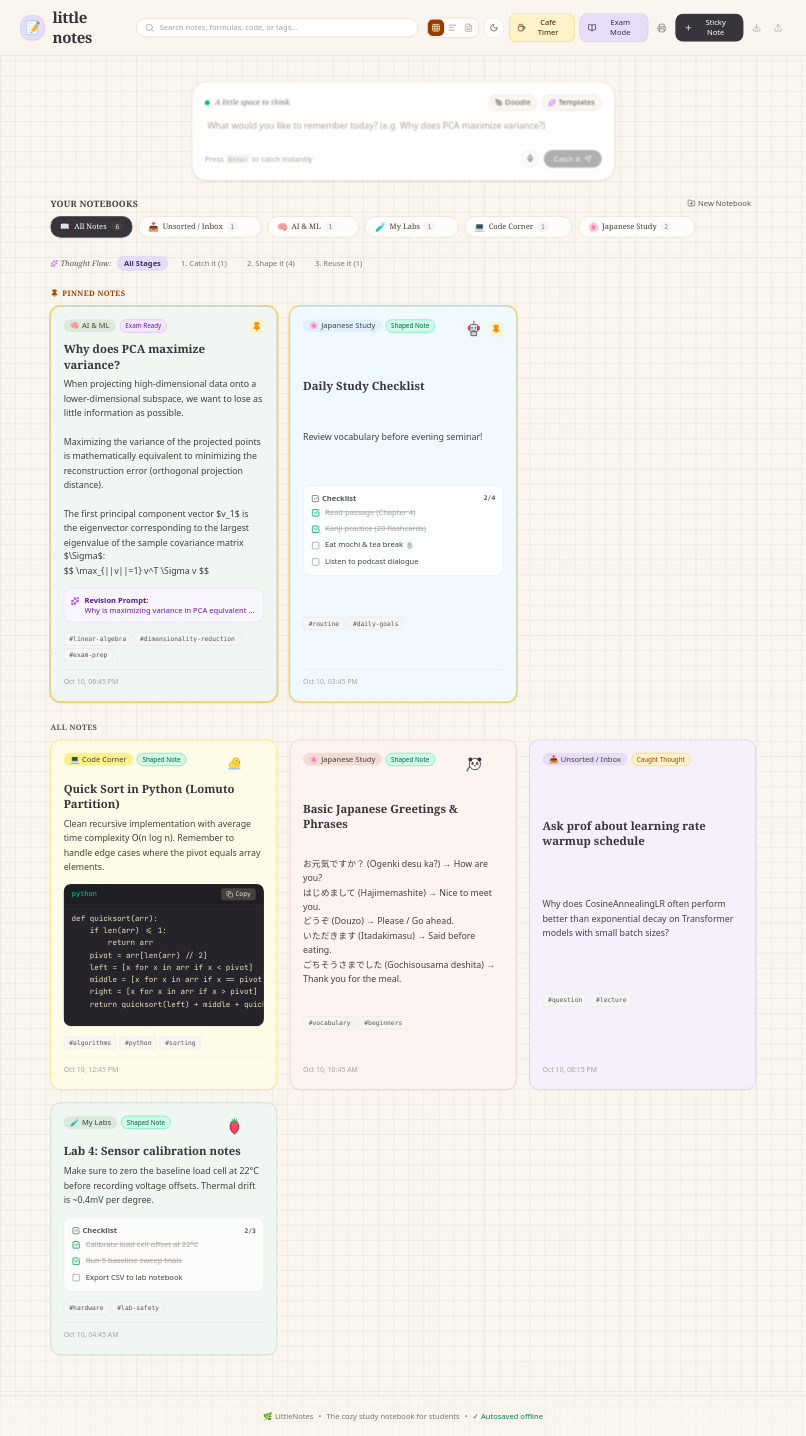
Repository: NourImen-cloud/LittleNotes
Page: /
The author's editor kept a copy of each file at every save. The page is drawn from the files as they stood at one save, then again after a run of saves.
The browser window is 1280 px wide. The pictures show the whole page, at 63% of full size.
Some web fonts or font styles are not loaded; a fallback is used. The project was rebuilt for these pictures with package versions that can differ from the ones it lists, and the page was loaded fresh each time. Also part of the build but not shown: vite.config.ts, src/components/StickyNotePickerModal.tsx, src/components/EditNoteModal.tsx, src/components/RevisionModal.tsx, src/utils/audio.ts, src/components/StudyTimerModal.tsx, src/components/DoodleCanvasModal.tsx.

Above is the page before, as saved 2026-10-11 15:38:00.

### index.html
<!doctype html>
<html lang="en">
  <head>
    <meta charset="UTF-8" />
    <link rel="icon" type="image/svg+xml" href="/favicon.svg" />
    <meta name="viewport" content="width=device-width, initial-scale=1.0" />
    <title>LittleNotes — A Cozy Notebook for Students</title>
    <link rel="preconnect" href="https://fonts.googleapis.com">
    <link rel="preconnect" href="https://fonts.gstatic.com" crossorigin>
    <link href="https://fonts.googleapis.com/css2?family=Inter:wght@300;400;500;600;700&family=JetBrains+Mono:wght@400;500;600&family=Lora:ital,wght@0,400;0,500;0,600;1,400&family=Gaegu:wght@400;700&display=swap" rel="stylesheet">
  </head>
  <body class="bg-[#FAF6EF] text-[#37343C] antialiased selection:bg-[#E7DDF8] selection:text-[#37343C]">
    <div id="root"></div>
    <script type="module" src="/src/main.tsx"></script>
  </body>
</html>

### src/index.css
@import "tailwindcss";

@layer base {
  :root {
    --bg-paper: #FAF6EF;
    --color-ink: #37343C;
    --color-lilac: #E7DDF8;
    --color-sage: #DCE9DD;
    --color-blush: #F3DCD6;
    --color-butter: #FEF3C7;
    --color-sky: #E0F2FE;
  }

  body {
    background-color: var(--bg-paper);
    color: var(--color-ink);
    font-family: 'Inter', system-ui, -apple-system, sans-serif;
    margin: 0;
    min-height: 100vh;
  }

  h1, h2, h3, .font-serif {
    font-family: 'Lora', Georgia, serif;
  }

  code, pre, .font-mono {
    font-family: 'JetBrains Mono', monospace;
  }

  .font-handwriting {
    font-family: 'Gaegu', cursive, sans-serif;
  }
}

/* Cozy Notebook Graph / Grid Paper texture */
.grid-paper-bg {
  background-color: #FAF6EF;
  background-image:
    linear-gradient(to right, rgba(200, 190, 175, 0.22) 1px, transparent 1px),
    linear-gradient(to bottom, rgba(200, 190, 175, 0.22) 1px, transparent 1px);
  background-size: 24px 24px;
}

.grid-paper-dense {
  background-color: #FAF6EF;
  background-image:
    linear-gradient(to right, rgba(200, 190, 175, 0.18) 1px, transparent 1px),
    linear-gradient(to bottom, rgba(200, 190, 175, 0.18) 1px, transparent 1px);
  background-size: 16px 16px;
}

.ruled-paper-bg {
  background-color: #FAF6EF;
  background-image: linear-gradient(to bottom, transparent 27px, rgba(200, 190, 175, 0.25) 28px);
  background-size: 100% 28px;
}

/* Custom soft scrollbar */
::-webkit-scrollbar {
  width: 7px;
  height: 7px;
}
::-webkit-scrollbar-track {
  background: transparent;
}
::-webkit-scrollbar-thumb {
  background: rgba(55, 52, 60, 0.15);
  border-radius: 9999px;
}
::-webkit-scrollbar-thumb:hover {
  background: rgba(55, 52, 60, 0.28);
}

### src/data/initialData.ts
import type { Notebook, Note } from '../types';

export const INITIAL_NOTEBOOKS: Notebook[] = [
  {
    id: 'inbox',
    name: 'Unsorted / Inbox',
    color: '#E7DDF8',
    icon: '📥',
    description: 'Catch quick thoughts here before organizing.',
  },
  {
    id: 'ai-ml',
    name: 'AI & ML',
    color: '#DCE9DD',
    icon: '🧠',
    description: 'Machine Learning theory, linear algebra, and neural nets.',
  },
  {
    id: 'my-labs',
    name: 'My Labs',
    color: '#F3DCD6',
    icon: '🧪',
    description: 'Weekly lab experiments, observations, and benchmarks.',
  },
  {
    id: 'code-corner',
    name: 'Code Corner',
    color: '#FEF3C7',
    icon: '💻',
    description: 'Useful algorithms, snippets, and terminal recipes.',
  },
  {
    id: 'japanese',
    name: 'Japanese Study',
    color: '#E0F2FE',
    icon: '🌸',
    description: 'Grammar notes, kanji drills, and conversational phrases.',
  },
];

export const INITIAL_NOTES: Note[] = [
  {
    id: 'note-1',
    title: 'Why does PCA maximize variance?',
    content: `When projecting high-dimensional data onto a lower-dimensional subspace, we want to lose as little information as possible.

Maximizing the variance of the projected points is mathematically equivalent to minimizing the reconstruction error (orthogonal projection distance).

The first principal component vector $v_1$ is the eigenvector corresponding to the largest eigenvalue of the sample covariance matrix $\\Sigma$:
$$ \\max_{||v||=1} v^T \\Sigma v $$`,
    createdAt: new Date(Date.now() - 3600000 * 4).toISOString(),
    updatedAt: new Date(Date.now() - 3600000 * 2).toISOString(),
    notebookId: 'ai-ml',
    color: 'sage',
    styleType: 'classic',
    stage: 'reuse',
    isPinned: true,
    tags: ['linear-algebra', 'dimensionality-reduction', 'exam-prep'],
    revisionQuestion: 'Why is maximizing variance in PCA equivalent to minimizing projection error?',
    revisionAnswer: 'By the Pythagorean theorem, the total variance of a data point is split into the variance along the projection subspace and the squared distance to it. Since total variance is constant, maximizing variance along the projection directly minimizes projection error.',
  },
  {
    id: 'note-2',
    title: 'Daily Study Checklist',
    content: 'Review vocabulary before evening seminar!',
    createdAt: new Date(Date.now() - 3600000 * 12).toISOString(),
    updatedAt: new Date(Date.now() - 3600000 * 5).toISOString(),
    notebookId: 'japanese',
    color: 'sky',
    styleType: 'checklist',
    kawaiiSticker: 'robot',
    stage: 'shape',
    isPinned: true,
    tags: ['routine', 'daily-goals'],
    checklist: [
      { id: 'c-1', text: 'Read passage (Chapter 4)', done: true },
      { id: 'c-2', text: 'Kanji practice (20 flashcards)', done: true },
      { id: 'c-3', text: 'Eat mochi & tea break 🍵', done: false },
      { id: 'c-4', text: 'Listen to podcast dialogue', done: false },
    ],
  },
  {
    id: 'note-3',
    title: 'Quick Sort in Python (Lomuto Partition)',
    content: 'Clean recursive implementation with average time complexity O(n log n). Remember to handle edge cases where the pivot equals array elements.',
    createdAt: new Date(Date.now() - 3600000 * 24).toISOString(),
    updatedAt: new Date(Date.now() - 3600000 * 8).toISOString(),
    notebookId: 'code-corner',
    color: 'butter',
    styleType: 'code',
    kawaiiSticker: 'duck',
    stage: 'shape',
    isPinned: false,
    tags: ['algorithms', 'python', 'sorting'],
    codeBlock: {
      language: 'python',
      code: `def quicksort(arr):
    if len(arr) <= 1:
        return arr
    pivot = arr[len(arr) // 2]
    left = [x for x in arr if x < pivot]
    middle = [x for x in arr if x == pivot]
    right = [x for x in arr if x > pivot]
    return quicksort(left) + middle + quicksort(right)

# Test run
print(quicksort([3, 6, 8, 10, 1, 2, 1]))`,
    },
  },
  {
    id: 'note-4',
    title: 'Basic Japanese Greetings & Phrases',
    content: `お元気ですか？ (Ogenki desu ka?) → How are you?
はじめまして (Hajimemashite) → Nice to meet you.
どうぞ (Douzo) → Please / Go ahead.
いただきます (Itadakimasu) → Said before eating.
ごちそうさまでした (Gochisousama deshita) → Thank you for the meal.`,
    createdAt: new Date(Date.now() - 3600000 * 30).toISOString(),
    updatedAt: new Date(Date.now() - 3600000 * 10).toISOString(),
    notebookId: 'japanese',
    color: 'blush',
    styleType: 'kawaii',
    kawaiiSticker: 'panda',
    stage: 'shape',
    isPinned: false,
    tags: ['vocabulary', 'beginners'],
  },
  {
    id: 'note-5',
    title: 'Ask prof about learning rate warmup schedule',
    content: 'Why does CosineAnnealingLR often perform better than exponential decay on Transformer models with small batch sizes?',
    createdAt: new Date(Date.now() - 1800000).toISOString(),
    updatedAt: new Date(Date.now() - 1800000).toISOString(),
    notebookId: 'inbox',
    color: 'lilac',
    styleType: 'classic',
    stage: 'catch',
    isPinned: false,
    tags: ['question', 'lecture'],
  },
  {
    id: 'note-6',
    title: 'Lab 4: Sensor calibration notes',
    content: 'Make sure to zero the baseline load cell at 22°C before recording voltage offsets. Thermal drift is ~0.4mV per degree.',
    createdAt: new Date(Date.now() - 3600000 * 48).toISOString(),
    updatedAt: new Date(Date.now() - 3600000 * 16).toISOString(),
    notebookId: 'my-labs',
    color: 'sage',
    styleType: 'checklist',
    kawaiiSticker: 'strawberry',
    stage: 'shape',
    isPinned: false,
    tags: ['hardware', 'lab-safety'],
    checklist: [
      { id: 'l-1', text: 'Calibrate load cell offset at 22°C', done: true },
      { id: 'l-2', text: 'Run 5 baseline sweep trials', done: true },
      { id: 'l-3', text: 'Export CSV to lab notebook', done: false },
    ],
  },
];

### src/components/Header.tsx
import React from 'react';
import {
  Search,
  BookOpen,
  Plus,
  Grid,
  AlignLeft,
  FileText,
  Download,
  Upload,
  Coffee,
  Moon,
  Sun,
  Printer,
} from 'lucide-react';

interface Props {
  searchQuery: string;
  onSearchChange: (q: string) => void;
  paperTexture: 'grid' | 'ruled' | 'clean';
  onTextureChange: (t: 'grid' | 'ruled' | 'clean') => void;
  isNightMode: boolean;
  onToggleNightMode: () => void;
  onOpenTemplates: () => void;
  onOpenRevision: () => void;
  onOpenTimer: () => void;
  onPrintGuide: () => void;
  onExportNotes: () => void;
  onImportNotes: () => void;
}

export const Header: React.FC<Props> = ({
  searchQuery,
  onSearchChange,
  paperTexture,
  onTextureChange,
  isNightMode,
  onToggleNightMode,
  onOpenTemplates,
  onOpenRevision,
  onOpenTimer,
  onPrintGuide,
  onExportNotes,
  onImportNotes,
}) => {
  return (
    <header className={`sticky top-0 z-30 ${isNightMode ? 'bg-[#211E26]/90 border-stone-800' : 'bg-[#FAF6EF]/90 border-[#E8DFC9]'} backdrop-blur-md border-b px-4 sm:px-8 py-3 transition-colors print:hidden`}>
      <div className="max-w-7xl mx-auto flex flex-col md:flex-row items-center justify-between gap-3">
        {/* Brand & Tagline */}
        <div className="flex items-center justify-between w-full md:w-auto">
          <div className="flex items-center gap-3">
            <div className={`w-10 h-10 rounded-2xl ${isNightMode ? 'bg-[#3A3347] border-[#4E4461]' : 'bg-[#E7DDF8] border-[#D8C6F2]'} border flex items-center justify-center text-xl shadow-xs`}>
              📝
            </div>
            <div>
              <h1 className={`text-xl sm:text-2xl font-serif font-bold ${isNightMode ? 'text-amber-100' : 'text-[#37343C]'} tracking-tight m-0`}>
                little notes
              </h1>
            </div>
          </div>

          {/* Mobile Action Buttons */}
          <div className="flex items-center gap-1.5 md:hidden">
            <button
              onClick={onOpenTimer}
              className="p-2 rounded-xl bg-amber-100 text-amber-900"
              title="Study Timer"
            >
              <Coffee size={16} />
            </button>
            <button
              onClick={onOpenTemplates}
              className="p-2 rounded-xl bg-[#37343C] text-white shadow-xs"
              title="Add Sticky Note"
            >
              <Plus size={16} />
            </button>
          </div>
        </div>

        {/* Search Bar */}
        <div className="relative w-full md:max-w-md">
          <Search size={15} className="absolute left-3.5 top-1/2 -translate-y-1/2 text-stone-400" />
          <input
            type="text"
            value={searchQuery}
            onChange={(e) => onSearchChange(e.target.value)}
            placeholder="Search notes, formulas, code, or tags..."
            className={`w-full ${isNightMode ? 'bg-[#2B2733] border-stone-700 text-amber-100 placeholder:text-stone-500' : 'bg-white/90 border-[#E3D8C6] text-stone-800 placeholder:text-stone-400'} border rounded-full pl-9 pr-4 py-1.5 text-xs focus:outline-hidden focus:border-stone-500 focus:ring-1 focus:ring-stone-500 shadow-xs`}
          />
          {searchQuery && (
            <button
              onClick={() => onSearchChange('')}
              className="absolute right-3 top-1/2 -translate-y-1/2 text-xs text-stone-400 hover:text-stone-700"
            >
              ✕
            </button>
          )}
        </div>

        {/* Controls */}
        <div className="flex items-center gap-2 w-full md:w-auto justify-between md:justify-end overflow-x-auto pb-1 md:pb-0">
          {/* Paper Texture toggle */}
          <div className={`flex items-center ${isNightMode ? 'bg-[#2B2733] border-stone-700' : 'bg-white/80 border-[#E4D9C7]'} border rounded-xl p-0.5 shadow-2xs`}>
            <button
              onClick={() => onTextureChange('grid')}
              className={`p-1.5 rounded-lg text-xs transition cursor-pointer ${
                paperTexture === 'grid'
                  ? 'bg-amber-800 text-amber-100 shadow-2xs'
                  : 'text-stone-400 hover:text-stone-600'
              }`}
              title="Grid Paper (Tablet Style)"
            >
              <Grid size={14} />
            </button>
            <button
              onClick={() => onTextureChange('ruled')}
              className={`p-1.5 rounded-lg text-xs transition cursor-pointer ${
                paperTexture === 'ruled'
                  ? 'bg-amber-800 text-amber-100 shadow-2xs'
                  : 'text-stone-400 hover:text-stone-600'
              }`}
              title="Ruled Paper"
            >
              <AlignLeft size={14} />
            </button>
            <button
              onClick={() => onTextureChange('clean')}
              className={`p-1.5 rounded-lg text-xs transition cursor-pointer ${
                paperTexture === 'clean'
                  ? 'bg-amber-800 text-amber-100 shadow-2xs'
                  : 'text-stone-400 hover:text-stone-600'
              }`}
              title="Plain Paper"
            >
              <FileText size={14} />
            </button>
          </div>

          {/* Warm Café Night Mode */}
          <button
            onClick={onToggleNightMode}
            className={`p-2 rounded-xl border transition cursor-pointer ${
              isNightMode
                ? 'bg-amber-900/60 border-amber-700/60 text-amber-200'
                : 'bg-white/80 border-stone-200 text-stone-600 hover:bg-white'
            }`}
            title={isNightMode ? 'Switch to Warm Daylight' : 'Switch to Warm Café Night Mode'}
          >
            {isNightMode ? <Sun size={14} /> : <Moon size={14} />}
          </button>

          {/* Café Timer */}
          <button
            onClick={onOpenTimer}
            className="flex items-center gap-1.5 px-3 py-1.5 rounded-xl bg-amber-100/90 hover:bg-amber-200/90 text-amber-950 text-xs font-medium border border-amber-300/80 transition shadow-2xs cursor-pointer"
            title="Cozy Study Timer & Ambient Lo-Fi Rain"
          >
            <Coffee size={14} />
            <span className="hidden sm:inline">Café Timer</span>
          </button>

          {/* Active Recall / Revision Mode */}
          <button
            onClick={onOpenRevision}
            className="flex items-center gap-1.5 px-3 py-1.5 rounded-xl bg-[#E7DDF8] hover:bg-[#D8C6F2] text-[#3E2B5A] text-xs font-medium border border-[#D8C6F2] transition shadow-2xs cursor-pointer"
            title="Step 3: Revision & Exam Prep"
          >
            <BookOpen size={14} />
            <span className="hidden sm:inline">Exam Mode</span>
          </button>

          {/* Printable Cheat Sheet */}
          <button
            onClick={onPrintGuide}
            className="p-1.5 rounded-xl text-stone-500 hover:text-stone-800 hover:bg-stone-200/50 transition cursor-pointer"
            title="Print Study Guide / Cheat Sheet"
          >
            <Printer size={15} />
          </button>

          {/* Add Sticky Note button */}
          <button
            onClick={onOpenTemplates}
            className="hidden md:flex items-center gap-1.5 px-3.5 py-1.5 rounded-xl bg-[#37343C] hover:bg-stone-800 text-white text-xs font-medium transition shadow-xs cursor-pointer"
          >
            <Plus size={14} />
            <span>Sticky Note</span>
          </button>

          {/* Backup dropdown / export */}
          <button
            onClick={onExportNotes}
            className="p-1.5 rounded-xl text-stone-400 hover:text-stone-700 hover:bg-stone-200/50 transition cursor-pointer"
            title="Backup notes as JSON"
          >
            <Download size={14} />
          </button>
          <button
            onClick={onImportNotes}
            className="p-1.5 rounded-xl text-stone-400 hover:text-stone-700 hover:bg-stone-200/50 transition cursor-pointer"
            title="Restore notes from JSON"
          >
            <Upload size={14} />
          </button>
        </div>
      </div>
    </header>
  );
};

### src/utils/theme.ts
import type { NoteColor, ThoughtStage } from '../types';

export interface ColorScheme {
  bg: string;
  border: string;
  badge: string;
  text: string;
  headerBg: string;
}

export const NOTE_COLORS: Record<NoteColor, ColorScheme> = {
  paper: {
    bg: '#FAF6EF',
    border: '#E8DFC9',
    badge: '#EFE8D6',
    text: '#37343C',
    headerBg: '#F3ECDE',
  },
  lilac: {
    bg: '#F5F0FC',
    border: '#D8C6F2',
    badge: '#E7DDF8',
    text: '#352D42',
    headerBg: '#ECE2F9',
  },
  sage: {
    bg: '#F0F6F1',
    border: '#BED9C2',
    badge: '#DCE9DD',
    text: '#28382C',
    headerBg: '#E2EFE3',
  },
  blush: {
    bg: '#FDF3F0',
    border: '#ECC9C0',
    badge: '#F3DCD6',
    text: '#432C28',
    headerBg: '#F8E3DD',
  },
  butter: {
    bg: '#FEFCE8',
    border: '#FDE047',
    badge: '#FEF08A',
    text: '#423311',
    headerBg: '#FEF08A',
  },
  sky: {
    bg: '#F0F9FF',
    border: '#BAE6FD',
    badge: '#E0F2FE',
    text: '#1E3A5F',
    headerBg: '#E0F2FE',
  },
  peach: {
    bg: '#FFF7ED',
    border: '#FED7AA',
    badge: '#FFEDD5',
    text: '#43281C',
    headerBg: '#FFEDD5',
  },
};

export const STAGE_META: Record<
  ThoughtStage,
  { label: string; step: string; badgeClass: string; desc: string }
> = {
  catch: {
    label: 'Caught Thought',
    step: 'Step 1: Catch it',
    badgeClass: 'bg-amber-100 text-amber-800 border-amber-300',
    desc: 'Quick capture from lecture or impulse',
  },
  shape: {
    label: 'Shaped Note',
    step: 'Step 2: Shape it',
    badgeClass: 'bg-emerald-100 text-emerald-800 border-emerald-300',
    desc: 'Enriched with code, checklist, or tags',
  },
  reuse: {
    label: 'Exam Ready',
    step: 'Step 3: Reuse it',
    badgeClass: 'bg-purple-100 text-purple-800 border-purple-300',
    desc: 'Turned into revision cards or reference',
  },
};

Loaded but not shown: src/main.tsx (common file); src/components/NotebooksBar.tsx (461 lines, source omitted); src/App.tsx (506 lines, source omitted); src/components/NoteCard.tsx (287 lines, source omitted); src/components/QuickCapture.tsx (226 lines, source omitted); src/components/Stickers.tsx (145 lines, source omitted)

After the next 2 saves:
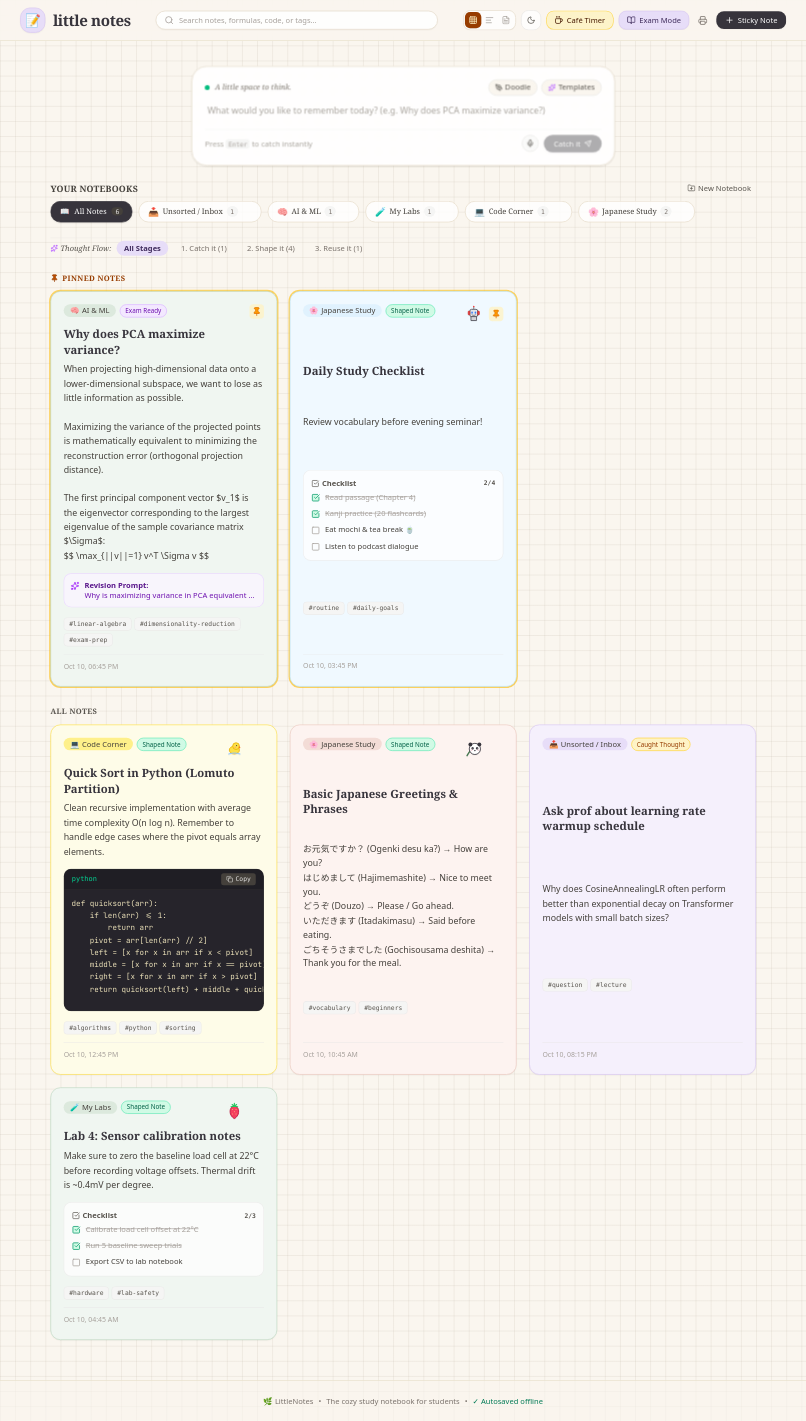
The 2 saves are shown as one change because they came seconds apart.
The last was saved 43 s later.
--- a/src/components/Header.tsx
+++ b/src/components/Header.tsx
@@ -188,21 +188,7 @@ export const Header: React.FC<Props> = ({
             <span>Sticky Note</span>
           </button>
 
-          {/* Backup dropdown / export */}
-          <button
-            onClick={onExportNotes}
-            className="p-1.5 rounded-xl text-stone-400 hover:text-stone-700 hover:bg-stone-200/50 transition cursor-pointer"
-            title="Backup notes as JSON"
-          >
-            <Download size={14} />
-          </button>
-          <button
-            onClick={onImportNotes}
-            className="p-1.5 rounded-xl text-stone-400 hover:text-stone-700 hover:bg-stone-200/50 transition cursor-pointer"
-            title="Restore notes from JSON"
-          >
-            <Upload size={14} />
-          </button>
+
         </div>
       </div>
     </header>
